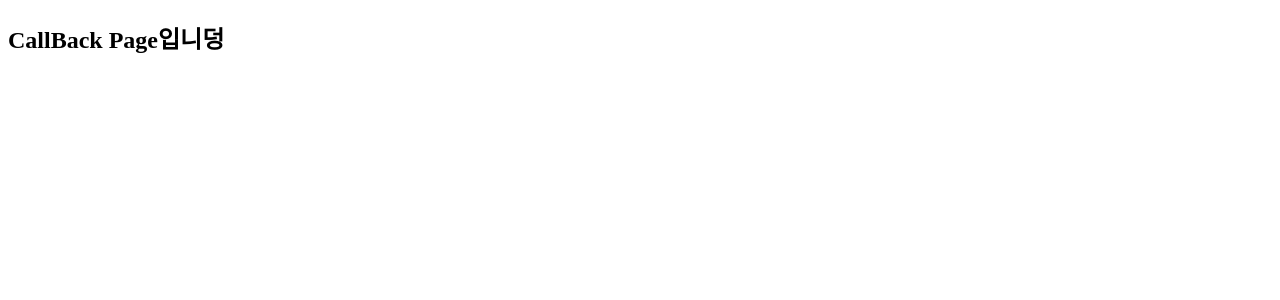
Repository: Leejuhyuk26/walwal_hotel
Page: http://localhost/SemiProject/callback.jsp
An editor plug-in stored every save of this project. The page is shown before and after the next save, followed by the edit.
The browser window is 1280 px wide. The pictures show the whole page.
The page is served by Tomcat 9.

Above is the page before, as saved 2020-11-12 07:14:32.

After the next save:
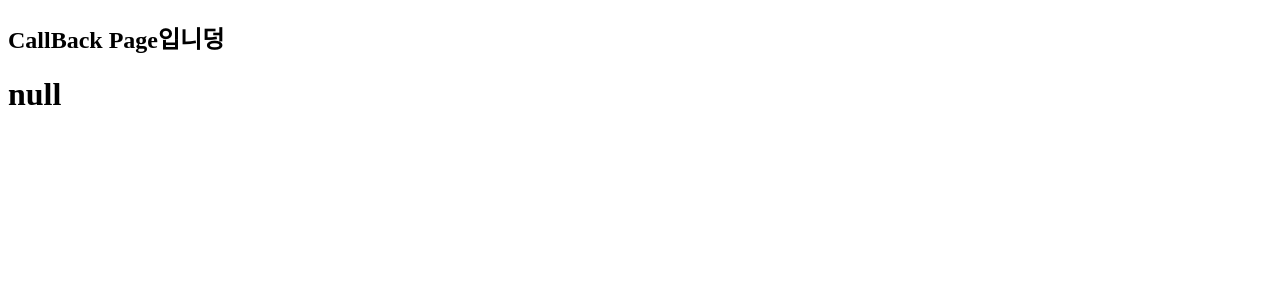
Saved 7 min 27 s later.
--- a/SemiProject/WebContent/callback.jsp
+++ b/SemiProject/WebContent/callback.jsp
@@ -6,7 +6,11 @@
 <meta charset="UTF-8">
 <title>Insert title here</title>
 </head>
+<%
+	String code = request.getParameter("code");
+%>
 <body>
 <h2>CallBack Page입니덩</h2>
+<h1><%=code %></h1>
 </body>
 </html>
